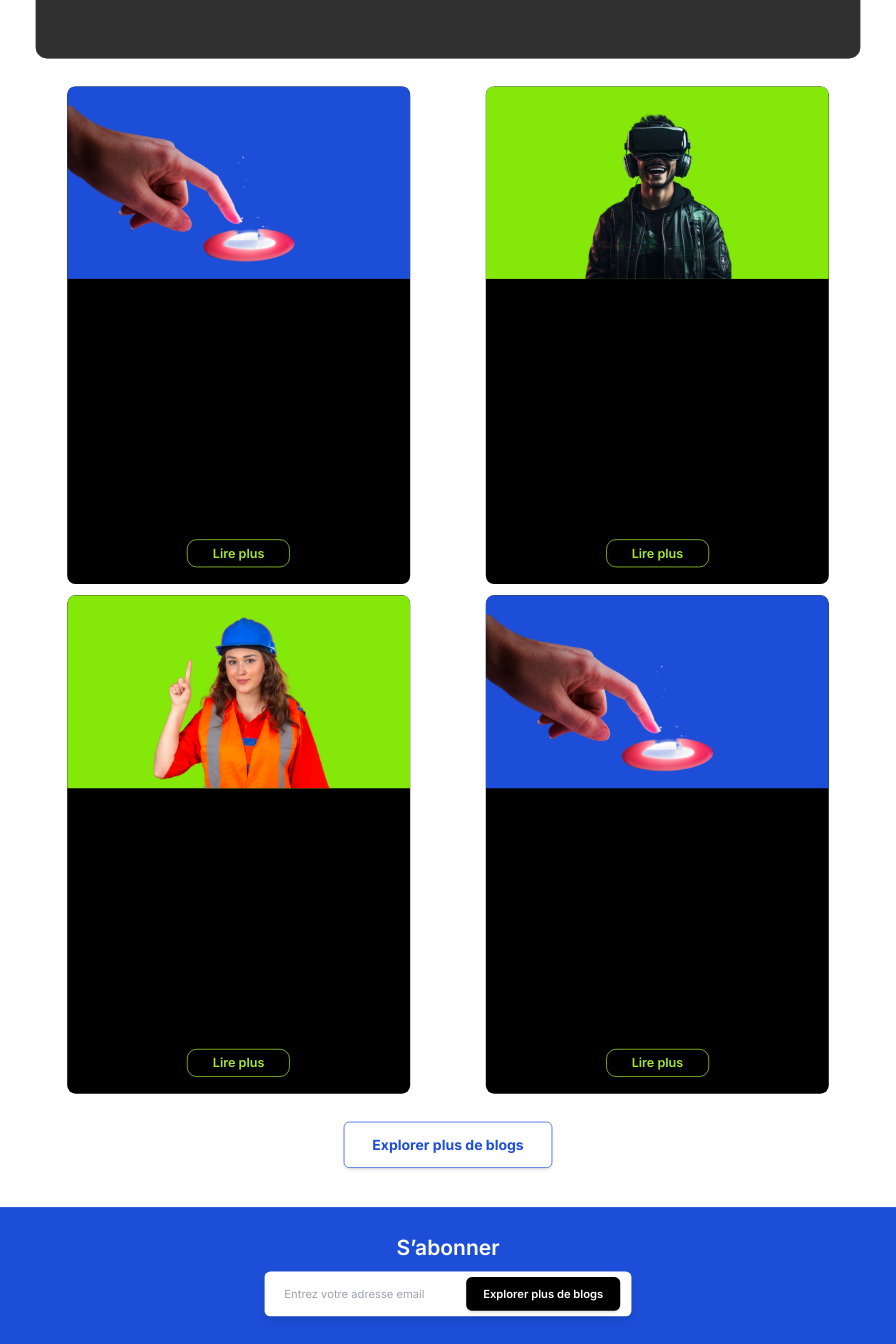
Repository: NassimeElkamari/test
Page: /blogs
The author's editor kept a copy of each file at every save. The page is drawn from the files as they stood at one save, then again after a run of saves.
The browser window is 1280 px wide. The pictures show the part of the page from y = 569 to 2489 px (the page is 2489 px tall), at 70% of full size.
Pictures or frames that could not be fetched are drawn as grey boxes. The project was rebuilt for these pictures with package versions that can differ from the ones it lists, and the page was loaded fresh each time. The framework's server and built-in components were replaced by stand-ins that run in the browser. Also part of the build but not shown: next.config.mjs.

Above is the page before, as saved 2024-06-12 16:18:58.

### src/app/blogs/page.tsx
import Image from 'next/image';
import React from 'react';
import { MdDateRange } from "react-icons/md";
import BlogCard from '../../components/BlogCard';
import { cardData } from '../../data/cardData';

const Blog = () => {
  return (
    <div className='bg-white'>
      <div className='flex justify-center'>
        <h1 className="text-4xl font-bold text-center">Blog</h1>
      </div>
      <div className="relative w-[92vw] h-[85vh] mx-auto overflow-hidden bg-black pt-5 pl-8 flex flex-col justify-start rounded-2xl">
        <Image
          src="/bgImage.jpg"
          layout="fill"
          objectFit="cover"
          objectPosition="top"
          quality={100}
          alt="Background Image"
          className="opacity-30 bg-black"
        />
        <div className="absolute inset-0 flex flex-col justify-center text-white mt-[6%] p-4 pl-8">
          <h1 className="text-[52px] font-semibold mb-4">
            Ouvrez les portes de la connaissance <br /> avec nos Blogs stimulants
          </h1>
          <p className="text-[17px] mb-8">
            Découvrez les dernières actualités de 2peerfect dans une multitude de domaines passionnants. <br />Plongez-vous dans nos articles pour rester à jour sur les tendances les plus récentes en technologie, <br /> santé mentale, Design, Business, et bien plus encore. Avec une expertise diversifiée et des perspectives variées,<br /> 2peerfect vous offre un aperçu complet et captivant des développements les plus récents à travers différents secteurs.<br /> Ne manquez rien de ce qui se passe dans le monde, suivez 2peerfect pour rester informé et inspiré.
          </p>
          <div className="flex flex-wrap justify-between space-x-4 w-[80%]">
            <div className="bg-transparent rounded-lg shadow-md w-[15%] h-10 mb-4 border border-[#A7E92F] flex items-center justify-center">
              <h2 className="text-lg font-semibold text-center">Marketing</h2>
            </div>
            <div className="bg-transparent rounded-lg shadow-md w-[15%] h-10 mb-4 border border-[#A7E92F] flex items-center justify-center">
              <h2 className="text-lg font-semibold text-center">Design</h2>
            </div>
            <div className="bg-transparent rounded-lg shadow-md w-[15%] h-10 mb-4 border border-[#A7E92F] flex items-center justify-center">
              <h2 className="text-lg font-semibold text-center">Business</h2>
            </div>
            <div className="bg-transparent rounded-lg shadow-md w-[15%] h-10 mb-4 border border-[#A7E92F] flex items-center justify-center">
              <h2 className="text-lg font-semibold text-center">IT</h2>
            </div>
            <div className="bg-transparent rounded-lg shadow-md w-[15%] text-center h-10 mb-4 border border-[#A7E92F] flex items-center justify-center">
              <h2 className="text-lg font-semibold">Psychologie</h2>
            </div>
            {/* Add more cards as needed */}
          </div>
        </div>
      </div>
      <div className='second-section w-[85vw] mx-auto mt-10 flex justify-center'>
        <div className="flex flex-wrap gap-4 justify-between ">
          {cardData.map((card) => (
            <BlogCard
              key={card.id}
              imageSrc={card.imageSrc}
              title={card.title}
              description={card.description}
              date={card.date}
              color={card.background}
            />
          ))}
        </div>
      </div>
      <div className="flex justify-center mt-10">
        <button className=" text-white rounded-lg shadow-md  text-center mx-10 my-4 px-10 py-8 h-10 border border-[#1D4ED8] flex items-center justify-center">
          <h2 className="text-xl font-bold text-[#1D4ED8]">Explorer plus de blogs </h2>
        </button>
      </div>
      <div className="bg-[#1D4ED8] py-10 mt-10 flex flex-col items-center justify-center">
        <h2 className="text-3xl font-semibold text-white mb-4">S’abonner</h2>
        <div className="bg-white px-4 py-2 rounded-lg shadow-lg flex flex-col items-center sm:flex-row">
          <input
            type="email"
            placeholder="Entrez votre adresse email"
            className="w-64 p-3 mb-4 sm:mb-0 sm:mr-4 rounded-lg focus:outline-none"
          />
          <button className="bg-black text-white font-semibold py-3 px-6 rounded-lg shadow-md ">
          Explorer plus de blogs
          </button>
        </div>
      </div>
    </div>
  );
};

export default Blog;

### src/components/BlogCard.tsx
import Image from 'next/image'
import React from 'react'
import { MdDateRange } from "react-icons/md";


const BlogCard = ({ imageSrc, title, description, date , color}) => {
  return (
    <div className='w-[45%] h-[50%] bg-black rounded-xl flex flex-col'>
    <div className="w-[100%] h-2/5 relative">
        <Image
        src={imageSrc}
        layout='responsive'
        height={100}
        width={100}
        alt="Card Image"
        className="w-full h-full rounded-t-xl "
        style={{backgroundColor: `${color}`}}
        />
    </div>
    <div className="pt-14 flex justify-center items-center flex-col px-5">
        <h1 className="text-[32px] font-semibold">{title}</h1>
        <p className="text-md mt-5">{description}</p>
    </div>
    <div className="flex items-center justify-end mt-10 mr-2">
        <MdDateRange width={70} height={70} className='mr-4'/>
        <p className="mr-2">{date}</p>
    </div>
    <div className="flex justify-center mt-8 mb-6"> {/* Added justify-center class */}
        <button className="bg-black rounded-[14px] shadow-md w-[30%] text-center h-10 border border-[#A7E92F] flex items-center justify-center">
        <h2 className="text-lg font-semibold text-[#A7E92F]">Lire plus</h2> {/* Added text-white class */}
        </button>
    </div>
    </div>
  )
}

export default BlogCard

### src/data/cardData.js
export const cardData = [
  {
    id: 1,
    imageSrc: "/card11.png",
    title: "L'impact des médias sociaux sur la santé mental",
    description: "Discuter de la façon dont les likes, les commentaires et les partages peuvent devenir une mesure de notre valeur personnelle, et comment cela peut affecter notre estime de soi et notre bien-être émotionnel...",
    date: "11 Décembre 2023",
    background: '#1D4ED8' // Background color for the first card
  },
  {
    id: 2,
    imageSrc: "/card22.png",
    title: "L’inovation technologique dans l’éducation",
    description: "Reconnaître les défis liés à l'intégration de la technologie dans l'éducation, tels que l'accès inégal aux ressources technologiques et les préoccupations concernant la dépendance excessive à la technologie...",
    date: "11 Décembre 2023",
    background: '#84e809' // Background color for the second card
  },
  {
    id: 3,
    imageSrc: "/card33.png",
    title: "L’inovation technologique dans l’éducation",
    description: "Reconnaître les défis liés à l'intégration de la technologie dans l'éducation, tels que l'accès inégal aux ressources technologiques et les préoccupations concernant la dépendance excessive à la technologie...",
    date: "11 Décembre 2023",
    background: '#84e809' // Background color for the third card
  },
  {
    id: 4,
    imageSrc: "/card11.png",
    title: "L'impact des médias sociaux sur la santé mental",
    description: "Discuter de la façon dont les likes, les commentaires et les partages peuvent devenir une mesure de notre valeur personnelle, et comment cela peut affecter notre estime de soi et notre bien-être émotionnel...",
    date: "11 Décembre 2023",
    background: '#1D4ED8' // Background color for the fourth card
  },
];

Loaded but not shown: src/app/layout.tsx (common file); src/app/globals.css (common file); tailwind.config.ts (common file)

After the next 3 saves:
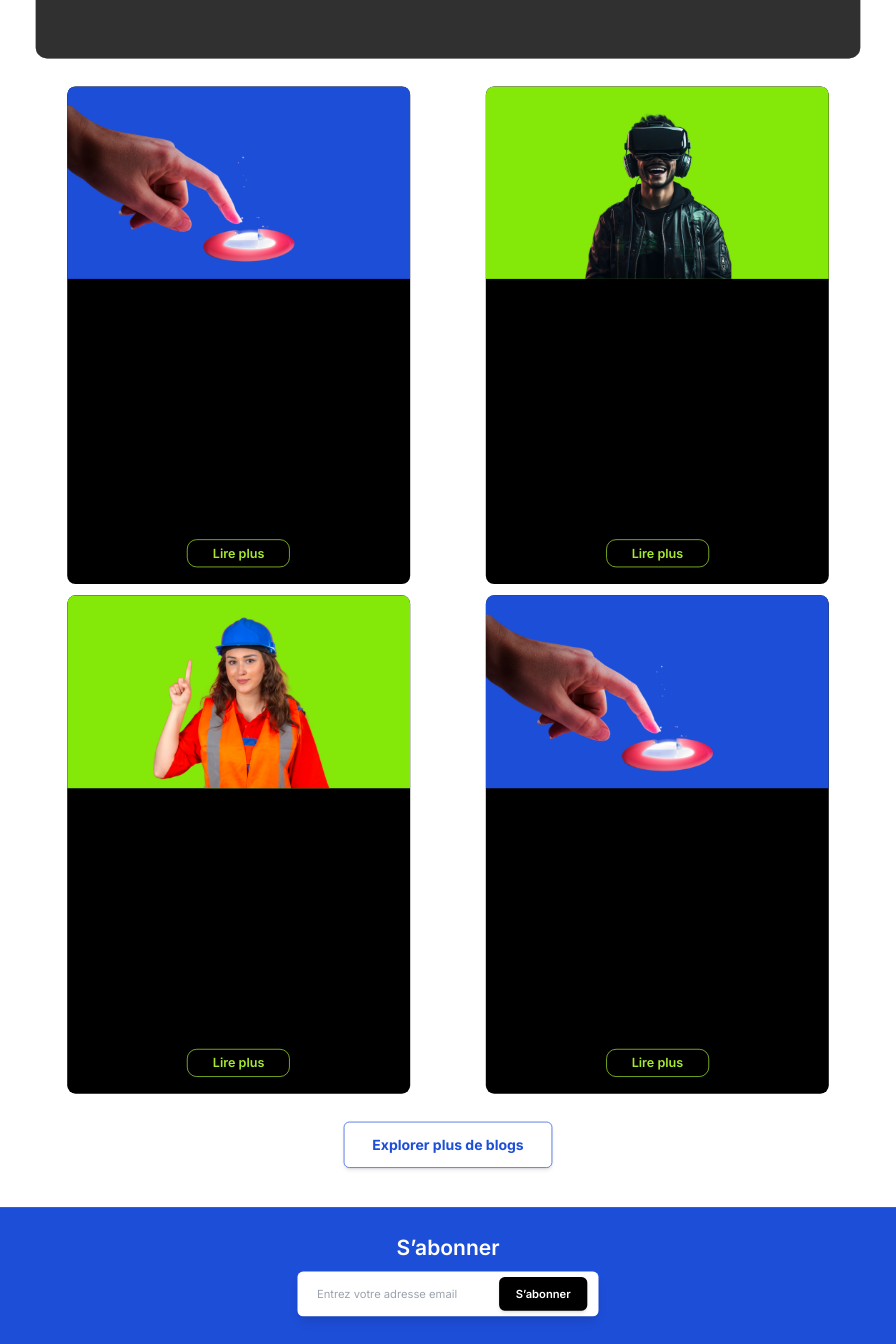
The 3 saves are shown as one change because they came seconds apart.
The last was saved 26 s later.
--- a/src/app/blogs/page.tsx
+++ b/src/app/blogs/page.tsx
@@ -75,7 +75,7 @@ const Blog = () => {
             className="w-64 p-3 mb-4 sm:mb-0 sm:mr-4 rounded-lg focus:outline-none"
           />
           <button className="bg-black text-white font-semibold py-3 px-6 rounded-lg shadow-md ">
-          Explorer plus de blogs
+          S’abonner
           </button>
         </div>
       </div>
